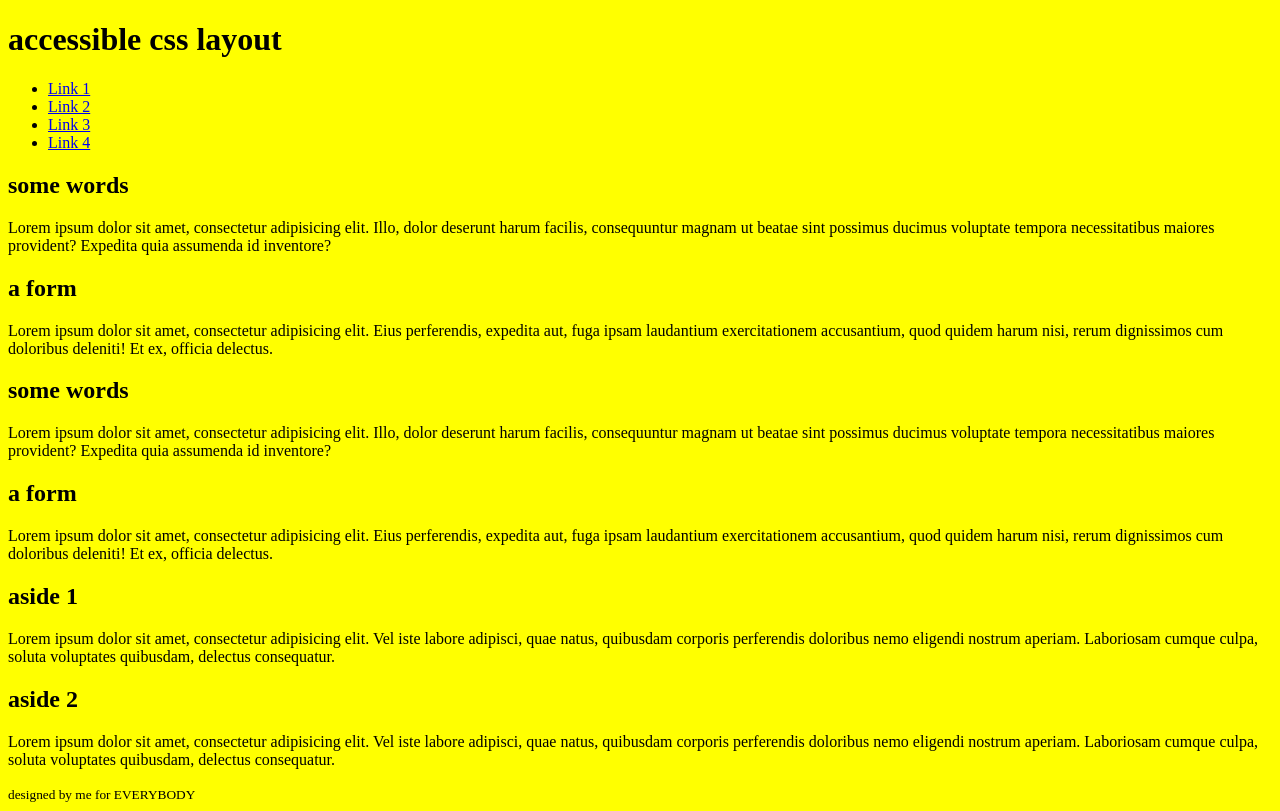
Repository: ethan-schrauf/UniversalDesignWebsite
Page: responsive.html
The author's editor kept a copy of each file at every save. The page is drawn from the files as they stood at one save, then again after the next save.
The browser window is 1280 px wide. The pictures show the whole page.

Above is the page before, as saved 2023-10-23 16:53:44.

### responsive.html

<!DOCTYPE html>

<html lang="en">
<head>
  <meta charset="UTF-8">
  <meta name="viewport" content="width=device-width, initial-scale=1.0">
  <title>Accessible grid</title>
  <link href="grid-flex.css" rel="stylesheet">
</head>
<body>
<div class="container">
  <header>
    <h1>accessible css layout</h1>
  </header>
  <nav>
    <ul>
      <li><a href="#">Link 1</a></li>
      <li><a href="#">Link 2</a></li>
      <li><a href="#">Link 3</a></li>
      <li><a href="#">Link 4</a></li>
    </ul>
  </nav>
  <main>
    <section>
      <h2>some words</h2>
      <p>Lorem ipsum dolor sit amet, consectetur adipisicing elit. Illo, dolor deserunt harum facilis, consequuntur magnam ut beatae sint possimus ducimus voluptate tempora necessitatibus maiores provident? Expedita quia assumenda id inventore?</p>
      <h2>a form</h2>
      <p>Lorem ipsum dolor sit amet, consectetur adipisicing elit. Eius perferendis, expedita aut, fuga ipsam laudantium exercitationem accusantium, quod quidem harum nisi, rerum dignissimos cum doloribus deleniti! Et ex, officia delectus.</p>
      <h2>some words</h2>
      <p>Lorem ipsum dolor sit amet, consectetur adipisicing elit. Illo, dolor deserunt harum facilis, consequuntur magnam ut beatae sint possimus ducimus voluptate tempora necessitatibus maiores provident? Expedita quia assumenda id inventore?</p>
      <h2>a form</h2>
      <p>Lorem ipsum dolor sit amet, consectetur adipisicing elit. Eius perferendis, expedita aut, fuga ipsam laudantium exercitationem accusantium, quod quidem harum nisi, rerum dignissimos cum doloribus deleniti! Et ex, officia delectus.</p>
    </section>
  </main>
  <aside id="aside1">
    <h2>aside 1</h2>
    <p>Lorem ipsum dolor sit amet, consectetur adipisicing elit. Vel iste labore adipisci, quae natus, quibusdam corporis perferendis doloribus nemo eligendi nostrum aperiam. Laboriosam cumque culpa, soluta voluptates quibusdam, delectus consequatur.</p>
  </aside>
  <aside id="aside2">
    <h2>aside 2</h2>
    <p>Lorem ipsum dolor sit amet, consectetur adipisicing elit. Vel iste labore adipisci, quae natus, quibusdam corporis perferendis doloribus nemo eligendi nostrum aperiam. Laboriosam cumque culpa, soluta voluptates quibusdam, delectus consequatur.</p>
  </aside>
  <footer>
    <small> designed by me for EVERYBODY</small>
  </footer>

</div> <!-- end container -->
</body>
</html>

### grid-flex.css
body {
    background: yellow;
}

::before,
::after {
    box-sizing: border-box;
    padding: 0;
    margin: 0;
}

After the next save:
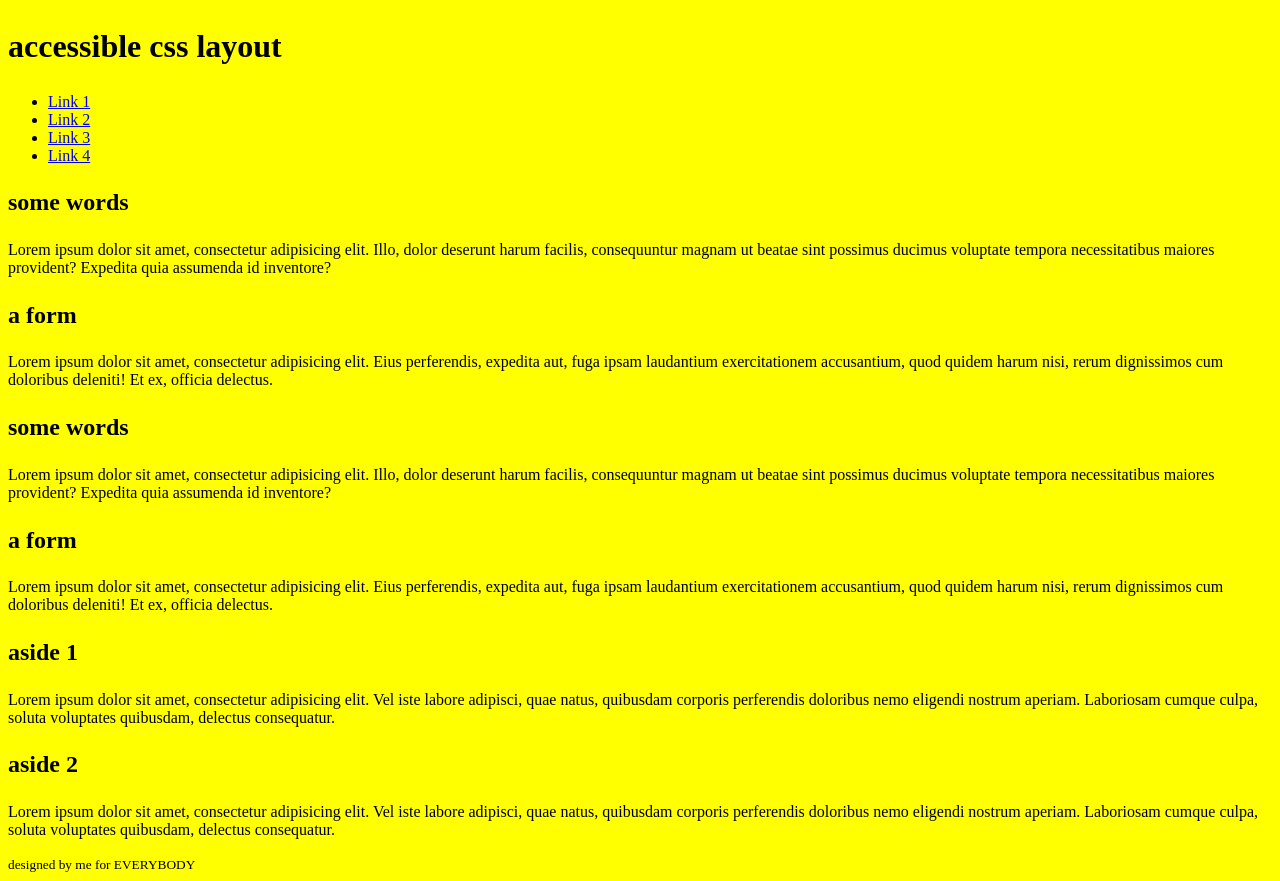
Saved 6 min 51 s later.
--- a/grid-flex.css
+++ b/grid-flex.css
@@ -2,9 +2,16 @@ body {
     background: yellow;
 }
 
+/* css reset */
 ::before,
 ::after {
     box-sizing: border-box;
     padding: 0;
     margin: 0;
 }
+
+h1,
+h2,
+h3 {
+    padding: .2em 0;
+}
